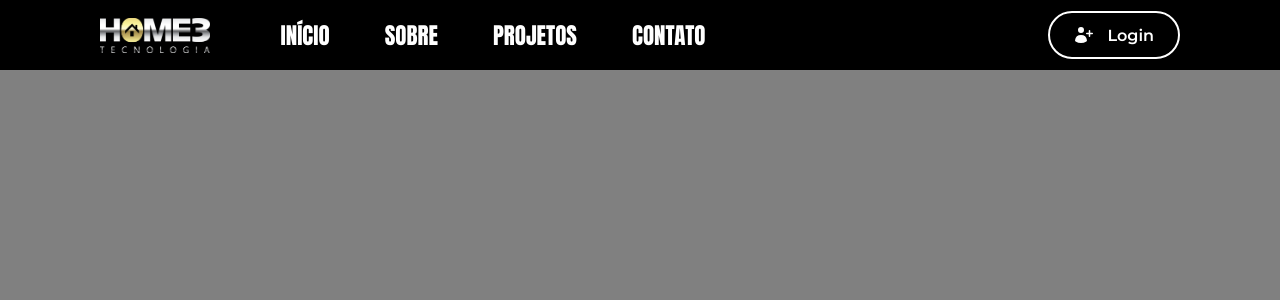
Repository: ryanmarinhodev/Home3-react
Page: /
These files come from the project's save history. The page is drawn as it stood at one moment and after the next save; the edit follows.
The browser window is 1280 px wide. The pictures show the whole page.
Some web fonts or font styles are not loaded; a fallback is used. The project was rebuilt for these pictures with package versions that can differ from the ones it lists, and the page was loaded fresh each time. Also part of the build but not shown: src/App.css.

Above is the page before, as saved 2024-11-06 11:09:03.

### public/index.html
<!DOCTYPE html>
<html lang="pt-br">
  <head>
    <meta charset="utf-8" />
    <link rel="icon" href="%PUBLIC_URL%/favicon.ico" />
    <link href="https://fonts.googleapis.com/css2?family=Anton&family=Lato&family=Poppins:wght@600&family=Viga&display=swap" rel="stylesheet">
    <meta name="viewport" content="width=device-width, initial-scale=1" />
    <meta name="theme-color" content="#000000" />
    <meta
      name="description"
      content="Web site created using create-react-app"
    />
    <link rel="apple-touch-icon" href="%PUBLIC_URL%/logo192.png" />
    <!--
      manifest.json provides metadata used when your web app is installed on a
      user's mobile device or desktop. See https://developers.google.com/web/fundamentals/web-app-manifest/
    -->
    <link rel="manifest" href="%PUBLIC_URL%/manifest.json" />
    <!--
      Notice the use of %PUBLIC_URL% in the tags above.
      It will be replaced with the URL of the `public` folder during the build.
      Only files inside the `public` folder can be referenced from the HTML.

      Unlike "/favicon.ico" or "favicon.ico", "%PUBLIC_URL%/favicon.ico" will
      work correctly both with client-side routing and a non-root public URL.
      Learn how to configure a non-root public URL by running `npm run build`.
    -->
    <title>Home3 Tecnologia</title>
  </head>
  <body>
    <noscript>You need to enable JavaScript to run this app.</noscript>
    <div id="root"></div>
    <!--
      This HTML file is a template.
      If you open it directly in the browser, you will see an empty page.

      You can add webfonts, meta tags, or analytics to this file.
      The build step will place the bundled scripts into the <body> tag.

      To begin the development, run `npm start` or `yarn start`.
      To create a production bundle, use `npm run build` or `yarn build`.
    -->
  </body>
</html>

### src/index.css
@import url('https://fonts.googleapis.com/css?family=Montserrat:400,500,600,700&display=swap');
body {
  margin: 0;
  font-family: -apple-system, BlinkMacSystemFont, 'Segoe UI', 'Roboto', 'Oxygen',
    'Ubuntu', 'Cantarell', 'Fira Sans', 'Droid Sans', 'Helvetica Neue',
    sans-serif;
  -webkit-font-smoothing: antialiased;
  -moz-osx-font-smoothing: grayscale;
  background-color: gray;
}

code {
  font-family: source-code-pro, Menlo, Monaco, Consolas, 'Courier New',
    monospace;
}

### src/App.js
import Header from "components/Header/header";
import "./App.css";

function App() {
  return <Header />;
}

export default App;

### src/components/Header/header.tsx
// Header.tsx
import React from "react";
import {
  GlobalStyle,
  HeaderStyle,
  Logo,
  NavItems,
  NavBar,
  User,
  LoginButton,
  IconLogin,
} from "./header_style";

import LogoHome3 from "../../assets/imagens/LogoHOME3.png";

const Header: React.FC = () => {
  return (
    <>
      <GlobalStyle />
      <HeaderStyle>
        <NavBar />
        <Logo src={LogoHome3} alt="Logo home3" />
        <User />
        <NavItems>
          <li>
            <a href="./index.html">INÍCIO</a>
          </li>
          <li>
            <a href="./sobre/sobre.html">SOBRE</a>
          </li>
          <li>
            <a href="./projetos/projeto.html">PROJETOS</a>
          </li>
          <li>
            <a href="./contato/contato.html">CONTATO</a>
          </li>
        </NavItems>
        <LoginButton>
          <IconLogin />
          Login
        </LoginButton>
      </HeaderStyle>
    </>
  );
};

export default Header;

### src/components/Header/header_style.ts
// HeaderStyles.ts
import styled, { createGlobalStyle } from "styled-components";
import { FaBars } from "react-icons/fa6";
import { HiMiniUserPlus } from "react-icons/hi2";

export const GlobalStyle = createGlobalStyle`
  * {
    margin: 0;
    padding: 0;
    outline: none;
    box-sizing: border-box;
    color: #fff;
    font-family: 'Montserrat', sans-serif;
  }
`;

export const HeaderStyle = styled.nav`
  background: black;
  display: flex;
  align-items: center;
  justify-content: space-between;
  height: 70px;
  padding: 0 100px;
  gap: 15px;

  @media (max-width: 980px) {
    display: flex;
    justify-content: space-between;
    padding: 15px;
  }
`;

export const LogoLogin = styled.img`
  height: 35px;
`;

export const Logo = styled.img`
  height: 35px;

  @media (max-width: 980px) {
    height: 38px;
  }
`;

export const NavItems = styled.ul`
  display: flex;
  flex: 1;
  padding-left: 40px;
  gap: 25px;

  @media (max-width: 980px) {
    display: none;
  }

  li {
    list-style: none;
    padding: 0 15px;

    a {
      color: #fff;
      font-size: 23px;
      font-weight: 500;
      text-decoration: none;
      font-family: "Anton", sans-serif;
      transition: background-color 0.3s, color 0.3s;

      &:hover {
        color: #b79d57;
      }
    }
  }
`;

export const NavBar = styled(FaBars)`
  display: none;

  @media (max-width: 980px) {
    display: flex;
    font-size: 28px;
    justify-content: end;
    align-items: end;
  }
`;

export const User = styled(HiMiniUserPlus)`
  display: none;

  @media (max-width: 980px) {
    display: flex;
    font-size: 28px;
    justify-content: end;
    align-items: end;
  }
`;

export const LoginButton = styled.button`
  display: flex;
  align-items: center;
  background: transparent;
  border: 2px solid #ffffff;
  color: #ffffff;
  font-size: 16px;
  font-weight: 600;
  padding: 12px 24px;
  border-radius: 25px;
  cursor: pointer;
  gap: 5px;
  transition: background-color 0.3s, color 0.3s, border-color 0.3s;

  @media (max-width: 981px) {
    display: none;
  }

  &:hover {
    background-color: #b79d57;
    color: #fff;
    border-color: #000;
  }

  &:focus {
    outline: none;
  }
`;

// Estilização do ícone
export const IconLogin = styled(HiMiniUserPlus)`
  margin-right: 8px;
  font-size: 20px;
`;

Loaded but not shown: src/index.js (common file); src/reportWebVitals.js (common file)

After the next save:
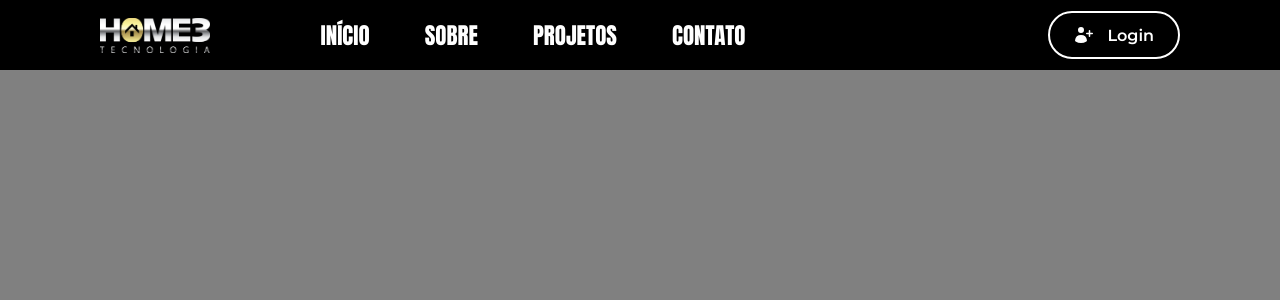
Saved 5 s later.
--- a/src/components/Header/header_style.ts
+++ b/src/components/Header/header_style.ts
@@ -21,7 +21,7 @@
   justify-content: space-between;
   height: 70px;
   padding: 0 100px;
-  gap: 15px;
+  gap: 55px;
 
   @media (max-width: 980px) {
     display: flex;
